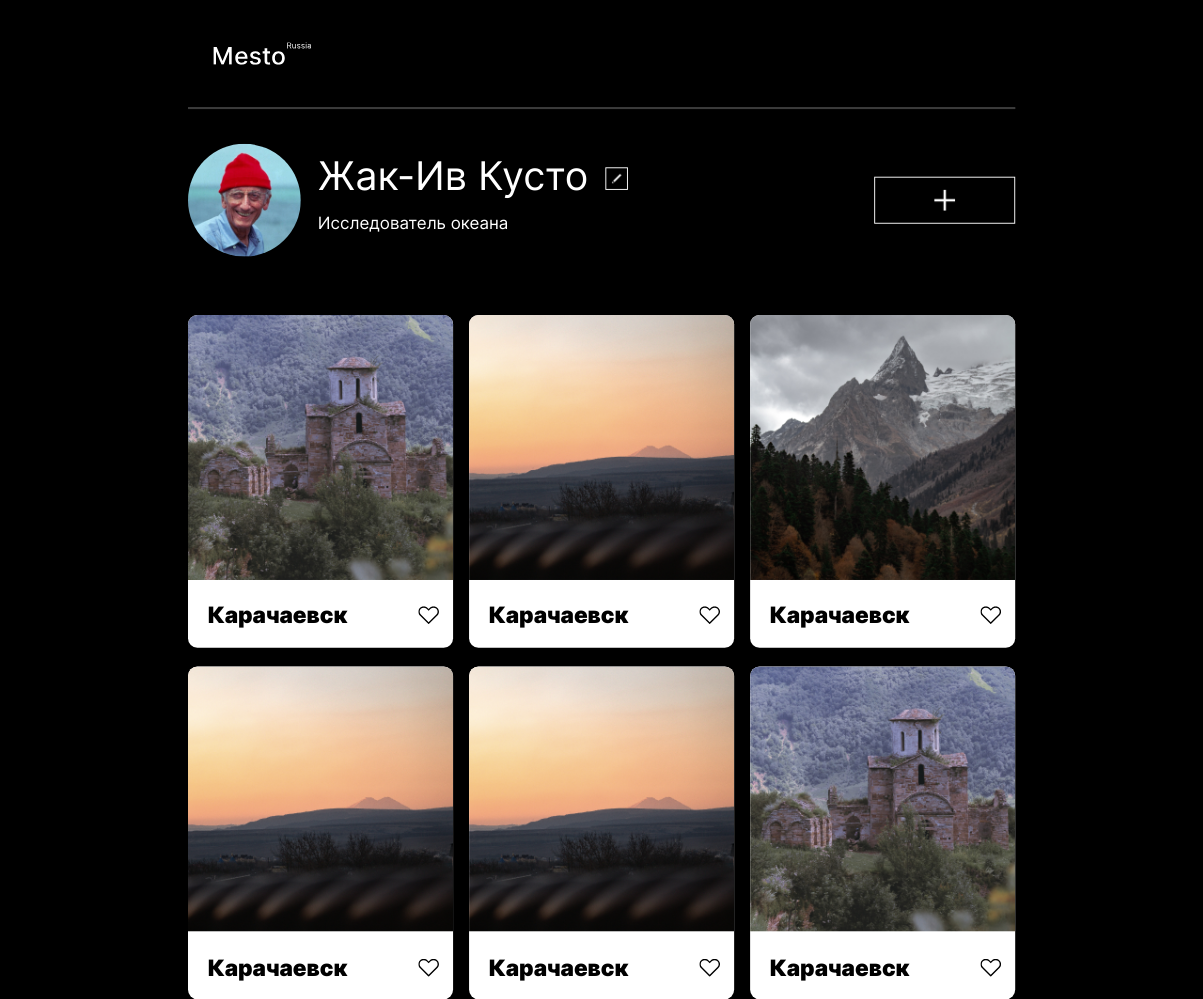
Repository: dyond/mesto
Page: index.html
These files come from the project's save history. The page is drawn as it stood at one moment and after the next save; the edit follows.
The browser window is 1280 px wide. The pictures show the whole page, at 94% of full size.

Above is the page before, as saved 2022-11-28 19:54:53.

After the next save:
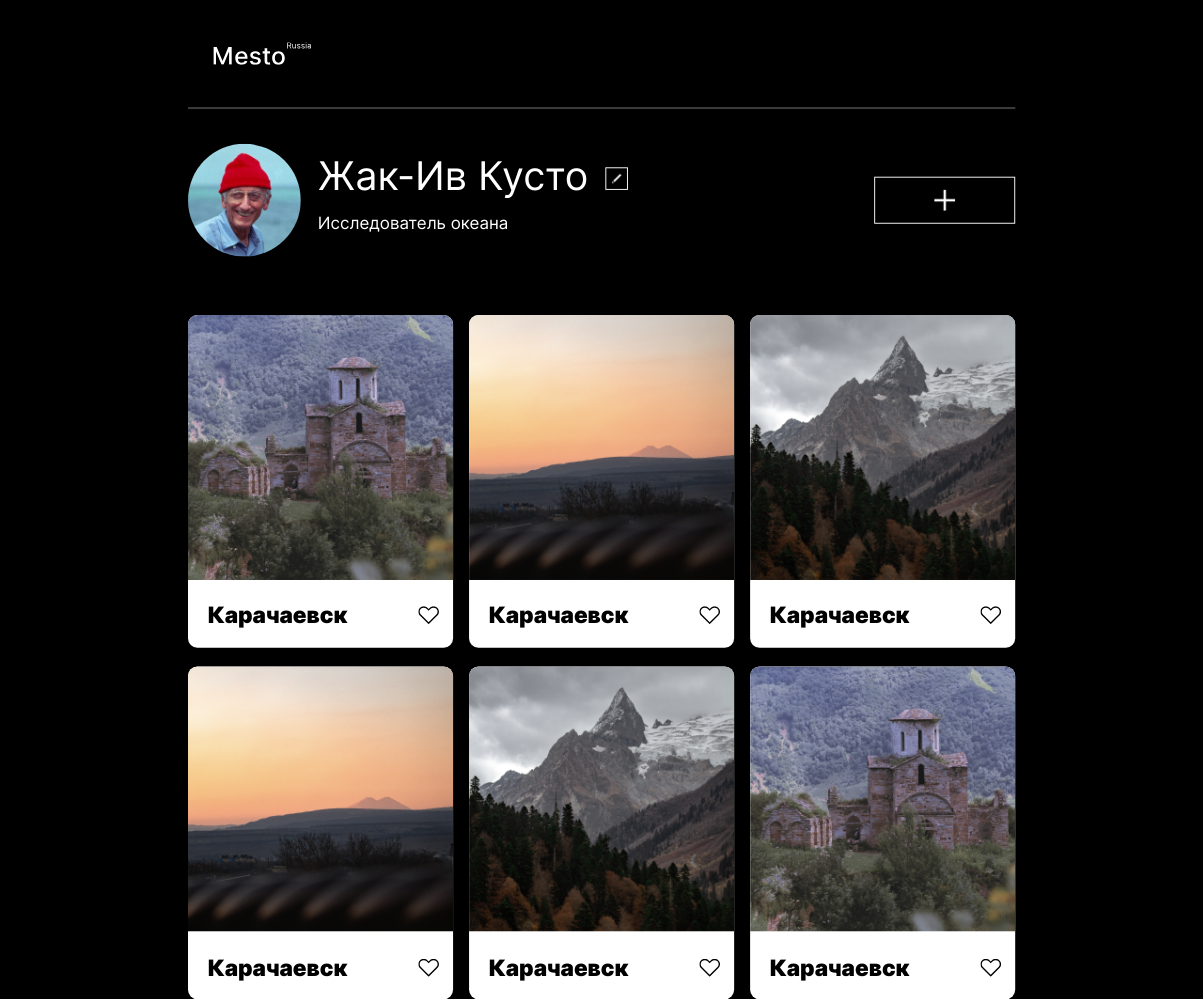
Saved 4 s later.
--- a/index.html
+++ b/index.html
@@ -68,7 +68,7 @@
           </div>
         </div>
         <div class="card">
-          <img src="images/kirill-pershin-1404681-unsplash.png" alt="" class="card__image">
+          <img src="images/kirill-pershin-1556355-unsplash.png" alt="" class="card__image">
           <div class="card__group">
             <h2 class="card__title">Карачаевск</h2>
             <button class="card__button">
